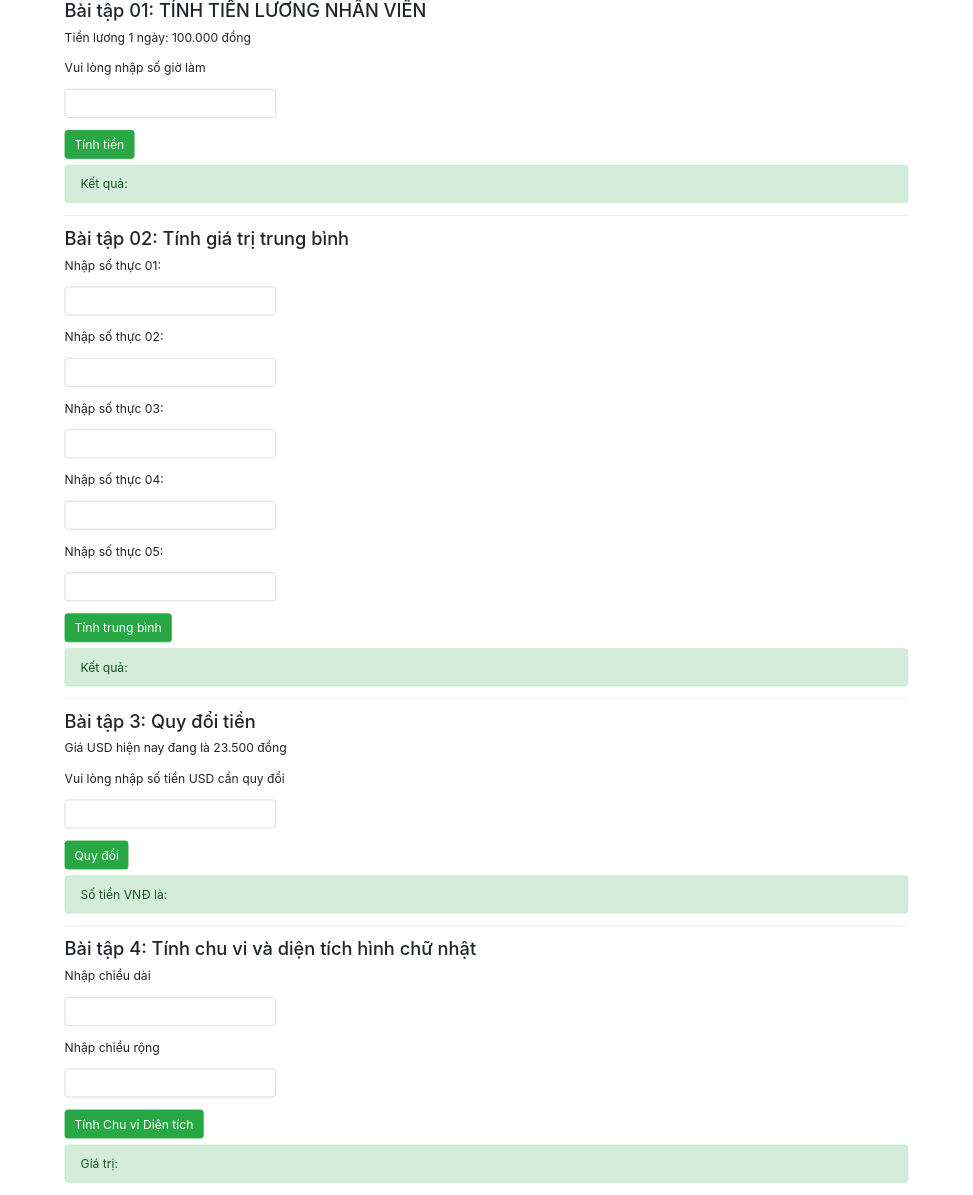
Repository: ducdatit2002/javascript-tinh-day13
Page: index.html
An editor plug-in stored every save of this project. The page is shown before and after the next save, followed by the edit.
The browser window is 1280 px wide. The pictures show the whole page, at 76% of full size.

Above is the page before, as saved 2023-08-14 00:44:59.

### index.html
<!DOCTYPE html>
<html lang="en">
  <head>
    <title>Bài tập JS Buổi 13</title>
    <!-- Required meta tags -->
    <meta charset="utf-8" />
    <meta
      name="viewport"
      content="width=device-width, initial-scale=1, shrink-to-fit=no"
    />

    <!-- Bootstrap CSS -->
    <link
      rel="stylesheet"
      href="https://stackpath.bootstrapcdn.com/bootstrap/4.3.1/css/bootstrap.min.css"
      integrity="sha384-ggOyR0iXCbMQv3Xipma34MD+dH/1fQ784/j6cY/iJTQUOhcWr7x9JvoRxT2MZw1T"
      crossorigin="anonymous"
    />
  </head>
  <body>
    <div class="container">
      <!-- Bài 1: TÍNH TIỀN LƯƠNG NHÂN VIÊN -->
      <div class="form-group">
        <h4>Bài tập 01: TÍNH TIỀN LƯƠNG NHÂN VIÊN</h4>
        <div class="form-group">
          <p>Tiền lương 1 ngày: 100.000 đồng</p>
        </div>
        <div class="form-group">
          <p>Vui lòng nhập số giờ làm</p>
          <input id="soGioLam" class="form-control w-25" />
        </div>
        <button
          onclick="tinhTongLuong()"
          id="btnTinhTien"
          class="btn btn-success"
        >
          Tính tiền
        </button>
        <div class="mt-2 alert alert-success">
          Kết quả: <span id="tongLuong"></span>
        </div>
      </div>
      <hr />
      <!-- Bài 2: TÍNH GIÁ TRỊ TRUNG BÌNH -->
      <div class="form-group">
        <h4>Bài tập 02: Tính giá trị trung bình</h4>
        <div class="form-group">
          <p>Nhập số thực 01:</p>
          <input id="sothuc01" class="form-control w-25" />
        </div>
        <div class="form-group">
          <p>Nhập số thực 02:</p>
          <input id="sothuc02" class="form-control w-25" />
        </div>
        <div class="form-group">
          <p>Nhập số thực 03:</p>
          <input id="sothuc03" class="form-control w-25" />
        </div>
        <div class="form-group">
          <p>Nhập số thực 04:</p>
          <input id="sothuc04" class="form-control w-25" />
        </div>
        <div class="form-group">
          <p>Nhập số thực 05:</p>
          <input id="sothuc05" class="form-control w-25" />
        </div>
        <button
          onclick="tinhTrungBinh()"
          id="btnTrungBinh"
          class="btn btn-success"
        >
          Tính trung bình
        </button>
        <div class="mt-2 alert alert-success">
          Kết quả: <span id="trungBinh"></span>
        </div>
      </div>
      <hr />
      <!-- Bài 3: QUY ĐỔI TIỀN -->
      <div class="form-group">
        <h4>Bài tập 3: Quy đổi tiền</h4>
        <div class="form-group">
          <p>Giá USD hiện nay đang là 23.500 đồng</p>
        </div>
        <div class="form-group">
          <p>Vui lòng nhập số tiền USD cần quy đổi</p>
          <input id="soUSD" class="form-control w-25" />
        </div>
        <button onclick="tinhUSD()" id="btnUSD" class="btn btn-success">
          Quy đổi
        </button>
        <div class="mt-2 alert alert-success">
          Số tiền VNĐ là: <span id="tongUSD"></span>
        </div>
      </div>
      <hr />
      <!-- BÀI 4: TÍNH CHU VI VÀ DIỆN TÍCH HÌNH CHỮ NHẬT -->
      <div class="form-group">
        <h4>Bài tập 4: Tính chu vi và diện tích hình chữ nhật</h4>
        <div class="form-group">
          <div class="form-group">
            <p>Nhập chiều dài</p>
            <input id="chieuDai" class="form-control w-25" />
          </div>
          <div class="form-group">
            <p>Nhập chiều rộng</p>
            <input id="chieuRong" class="form-control w-25" />
          </div>
          <button onclick="tinhChuviDientich()" id="btnCVDT" class="btn btn-success">
            Tính Chu vi Diện tích
          </button>
          <div class="mt-2 alert alert-success">
            Giá trị: <span id="ChuviDientich"></span>
          </div>
        </div>
      </div>
    </div>

    <!-- Optional JavaScript -->
    <!-- jQuery first, then Popper.js, then Bootstrap JS -->
    <script
      src="https://code.jquery.com/jquery-3.3.1.slim.min.js"
      integrity="sha384-q8i/X+965DzO0rT7abK41JStQIAqVgRVzpbzo5smXKp4YfRvH+8abtTE1Pi6jizo"
      crossorigin="anonymous"
    ></script>
    <script
      src="https://cdnjs.cloudflare.com/ajax/libs/popper.js/1.14.7/umd/popper.min.js"
      integrity="sha384-UO2eT0CpHqdSJQ6hJty5KVphtPhzWj9WO1clHTMGa3JDZwrnQq4sF86dIHNDz0W1"
      crossorigin="anonymous"
    ></script>
    <script
      src="https://stackpath.bootstrapcdn.com/bootstrap/4.3.1/js/bootstrap.min.js"
      integrity="sha384-JjSmVgyd0p3pXB1rRibZUAYoIIy6OrQ6VrjIEaFf/nJGzIxFDsf4x0xIM+B07jRM"
      crossorigin="anonymous"
    ></script>
    <script src="./index.js"></script>
  </body>
</html>

### index.js
// BÀI 1: TÍNH TIỀN LƯƠNG NHÂN VIÊN
function tinhTongLuong() {
  //input: tienluong1h, so gio lam:number
  var tienLuong = 100000;
  var soGioLam = document.getElementById("soGioLam").value;
  //Kiểm tra input
  // console.log(tienLuong);
  // console.log(soGioLam);

  let tongLuong = 0;

  //progress
  tongLuong = tienLuong * soGioLam;

  document.getElementById("tongLuong").innerHTML = tongLuong.toLocaleString();
}

// BÀI 2: TÍNH TRUNG BÌNH 5 SỐ THỰC
function tinhTrungBinh() {
  // Lấy giá trị của 5 số từ các phần tử input
  var sothuc01 = parseFloat(document.getElementById("sothuc01").value);
  var sothuc02 = parseFloat(document.getElementById("sothuc02").value);
  var sothuc03 = parseFloat(document.getElementById("sothuc03").value);
  var sothuc04 = parseFloat(document.getElementById("sothuc04").value);
  var sothuc05 = parseFloat(document.getElementById("sothuc05").value);

  // Tính giá trị trung bình
  var trungBinh = (sothuc01 + sothuc02 + sothuc03 + sothuc04 + sothuc05) / 5;

  // Hiển thị kết quả trung bình
  document.getElementById("trungBinh").innerHTML = trungBinh.toLocaleString();
}

// BÀI 3: QUY ĐỔI USD TO VNĐ
function tinhUSD() {
    //Lấy giá trị 1 USD, số USD
    var USD = 23500;
    var soUSD = document.getElementById("soUSD").value;
    let tongUSD = 0;

    // Tính tổng só USD
    tongUSD = USD * soUSD;

    //Hiển thị kết quả
      document.getElementById("tongUSD").innerHTML = tongUSD.toLocaleString();
}

//BÀI 4: TÍNH CHU VI VÀ DIỆN TÍCH HÌNH CHỮ NHẬT
function tinhChuviDientich() {
    //Lấy giá trị chiều dài,chiều rộng
    var chieuDai = document.getElementById("chieuDai").value;
    var chieuRong = document.getElementById("chieuRong").value;

    let chuVi = 0;
    let dienTich = 0;

    chuVi = (chieuDai + chieuRong)*2;
    dienTich = chieuDai * chieuRong;

    thongBao = "Chu vi là: " + chuVi + " Diện tích là: " + dienTich;

    document.getElementById("ChuviDientich").innerHTML = thongBao;
}

After the next save:
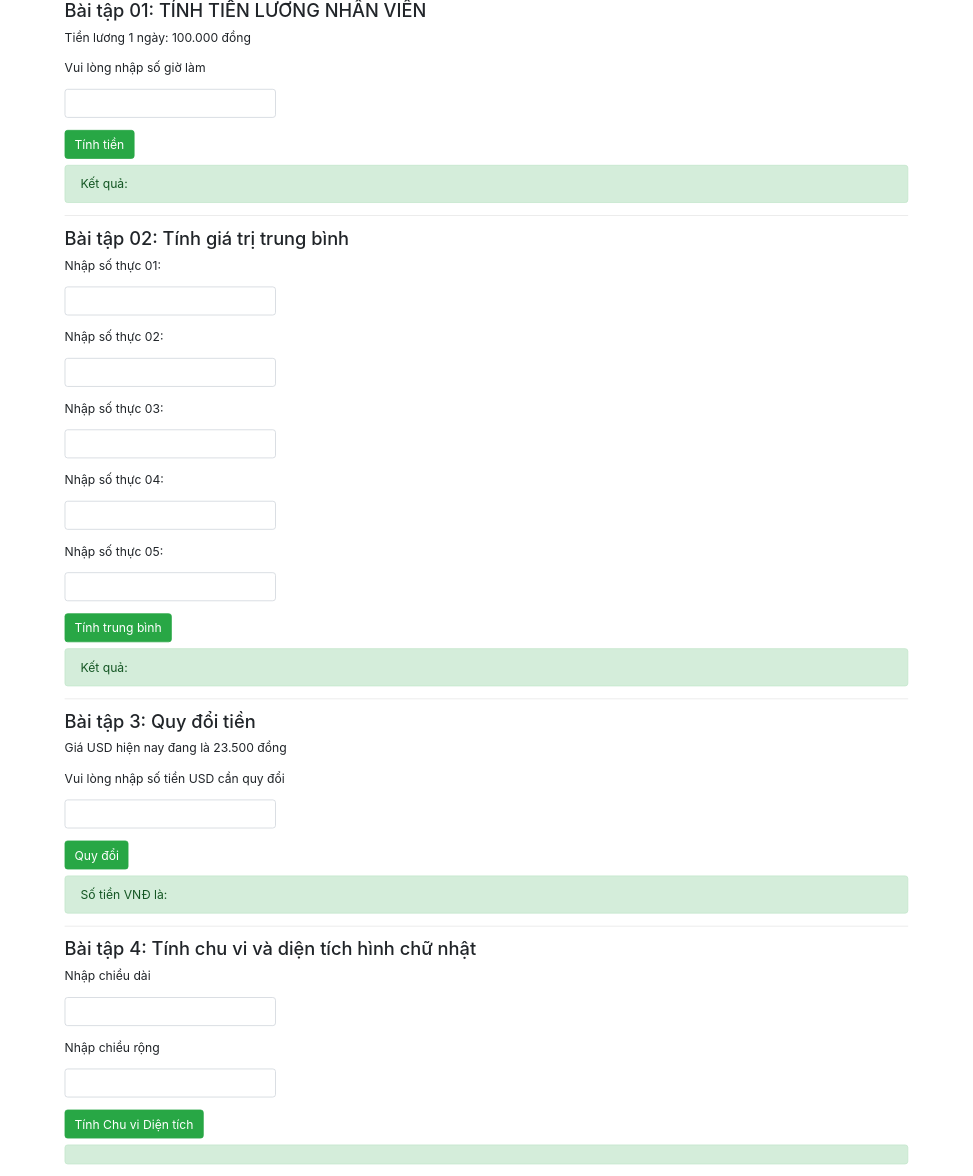
Saved 4 s later.
--- a/index.html
+++ b/index.html
@@ -110,7 +110,7 @@
             Tính Chu vi Diện tích
           </button>
           <div class="mt-2 alert alert-success">
-            Giá trị: <span id="ChuviDientich"></span>
+           <span id="ChuviDientich"></span>
           </div>
         </div>
       </div>

After the 3 saves that followed:
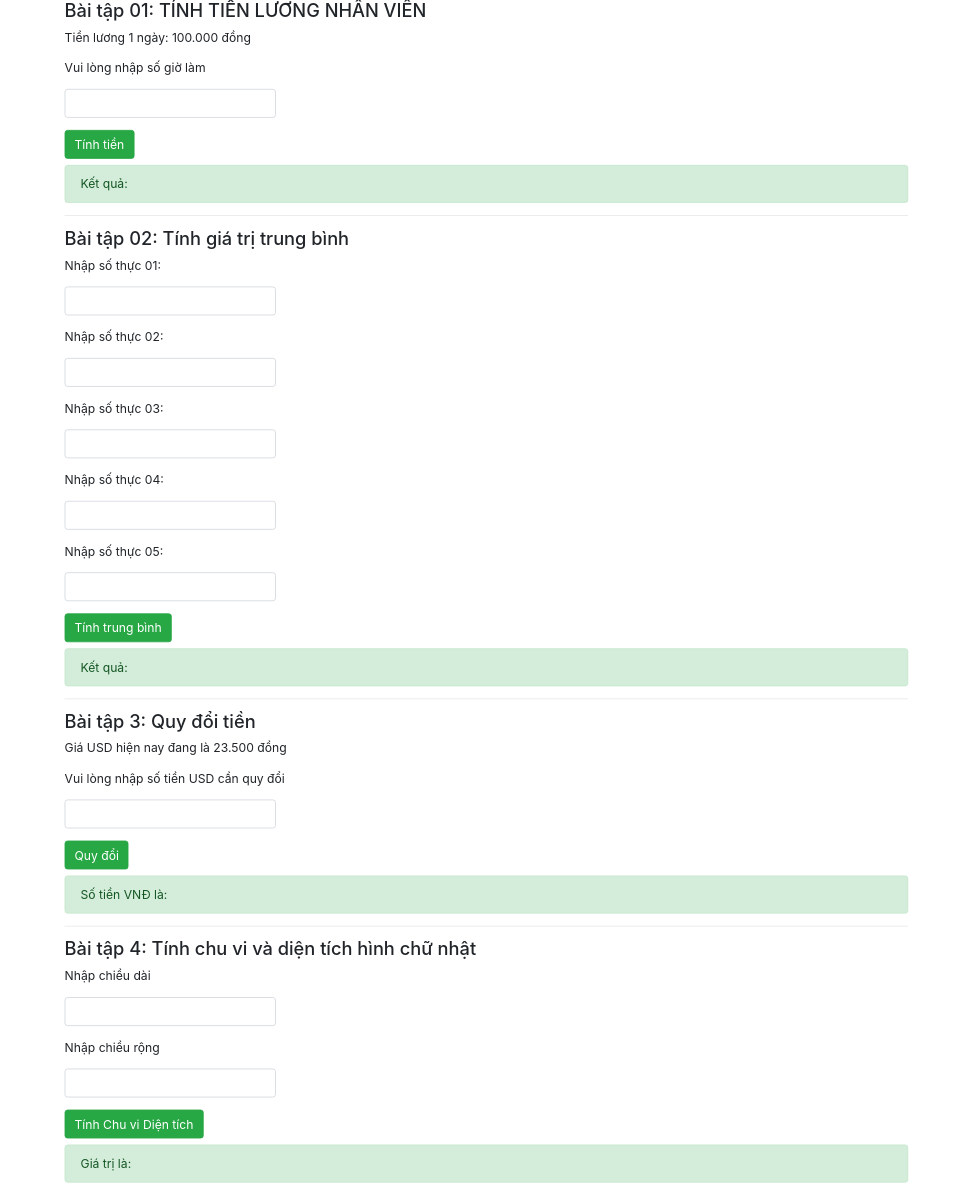
The 3 saves are shown as one change because 1 left the picture as it was and some came seconds apart.
The last was saved 35 s later.
--- a/index.html
+++ b/index.html
@@ -110,7 +110,7 @@
             Tính Chu vi Diện tích
           </button>
           <div class="mt-2 alert alert-success">
-           <span id="ChuviDientich"></span>
+           Giá trị là: <span id="ChuviDientich"></span>
           </div>
         </div>
       </div>
--- a/index.js
+++ b/index.js
@@ -54,7 +54,7 @@ function tinhChuviDientich() {
     let chuVi = 0;
     let dienTich = 0;
 
-    chuVi = (chieuDai + chieuRong)*2;
+    chuVi = (chieuDai + chieuRong) * 2;
     dienTich = chieuDai * chieuRong;
 
     thongBao = "Chu vi là: " + chuVi + " Diện tích là: " + dienTich;
